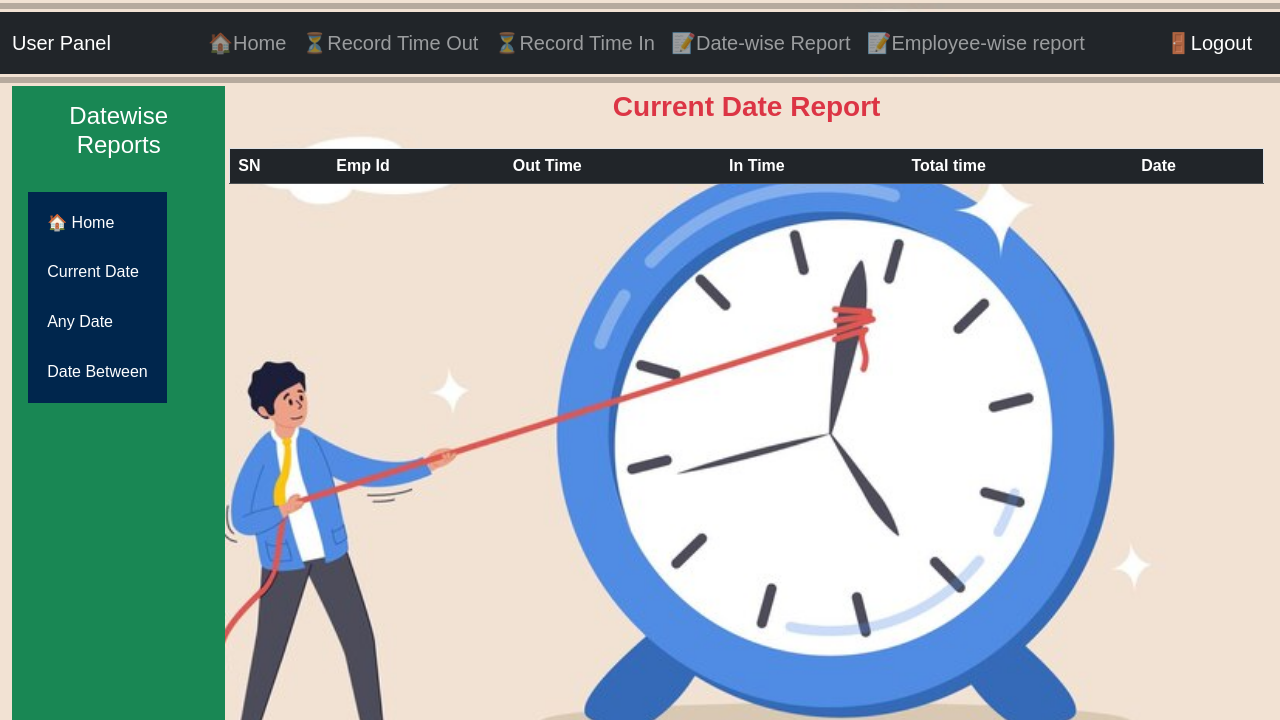
Repository: tecresearch/fullstack-training
Page: http://localhost/user/reports/datewise/anydate-dashboard
These files come from the project's save history. The page is drawn as it stood at one moment and after the next save; the edit follows.
The browser window is 1280 px wide. The pictures show the whole page.
The page is this project's Thymeleaf template; nobody is signed in. The template is opened directly, without the code that normally fills it, so the values that code supplies are empty.

Above is the page before, as saved 2025-03-19 07:27:47.

After the next save:
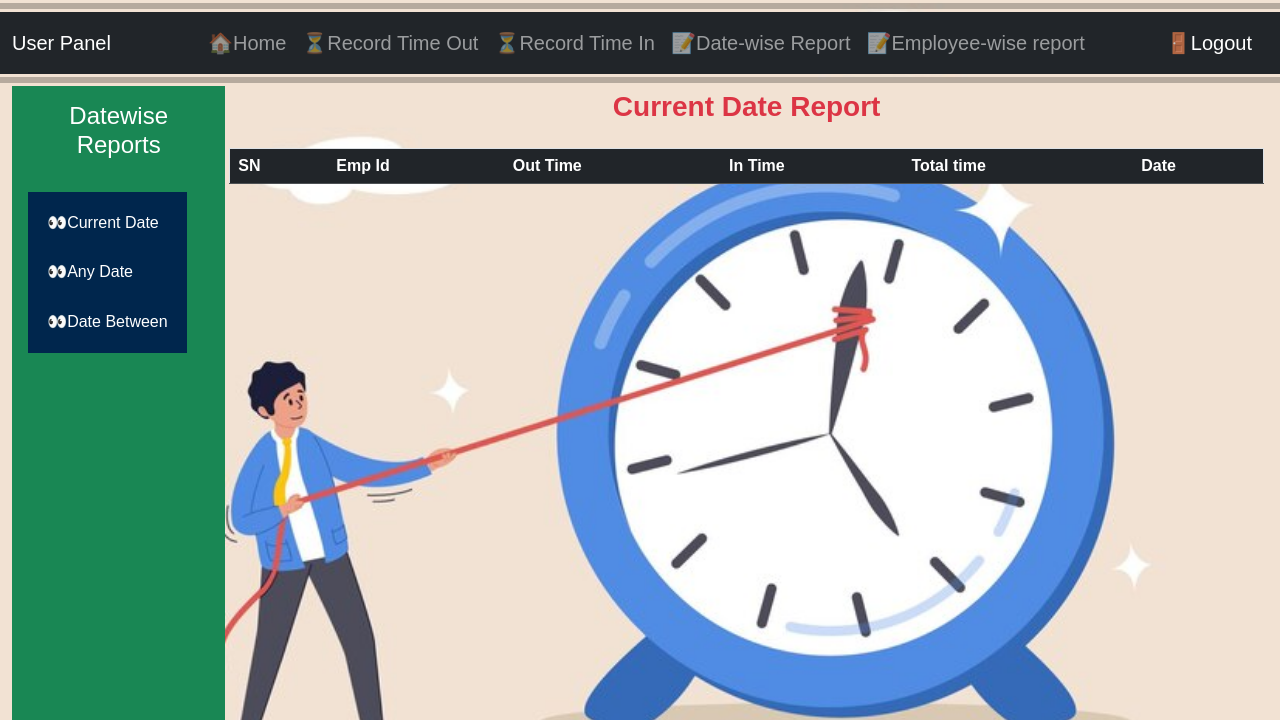
Saved 3 min 9 s later.
--- a/a4-spring-boot/employee-time-tracker/src/main/resources/templates/user/reports/datewise/date-sidebar.html
+++ b/a4-spring-boot/employee-time-tracker/src/main/resources/templates/user/reports/datewise/date-sidebar.html
@@ -3,16 +3,13 @@
 		<h4 class="text-center">Datewise Reports</h4>
 		<ul class="nav flex-column mt-4 position-fixed">
 			<li class="nav-item">
-				<a class="nav-link text-white active" href="#">🏠 Home</a>
+				<a class="nav-link text-white active" id="addUser1" data-bs-toggle="modal" data-bs-target="#addUserModal" href="#">👀Current Date</a>
 			</li>
 			<li class="nav-item">
-				<a class="nav-link text-white" id="addUser1" data-bs-toggle="modal" data-bs-target="#addUserModal" href="#">Current Date</a>
+				<a class="nav-link text-white" id="listUser" data-bs-toggle="modal" data-bs-target="#listUserModal" href="#">👀Any Date</a>
 			</li>
 			<li class="nav-item">
-				<a class="nav-link text-white" id="listUser" data-bs-toggle="modal" data-bs-target="#listUserModal" href="#">Any Date</a>
-			</li>
-			<li class="nav-item">
-				<a class="nav-link text-white" data-bs-toggle="modal" data-bs-target="#deleteUserModal" href="#">Date Between</a>
+				<a class="nav-link text-white" data-bs-toggle="modal" data-bs-target="#deleteUserModal" href="#">👀Date Between</a>
 			</li>
 		</ul>
 	</div>
